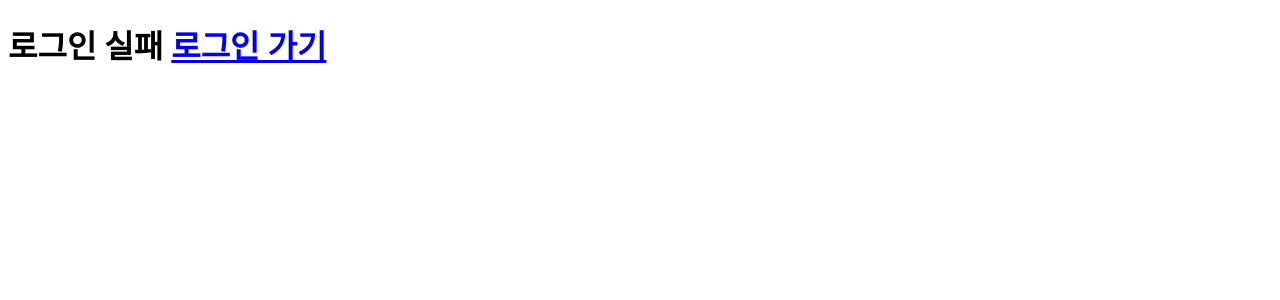
Repository: 6dreamhigh/jsp
Page: http://localhost/JSPBook/ch05/fail.jsp
These files come from the project's save history. The page is drawn as it stood at one moment and after the next save; the edit follows.
The browser window is 1280 px wide. The pictures show the whole page.
The page is served by Tomcat 9.

Above is the page before, as saved 2024-08-13 01:44:07.

After the next save:
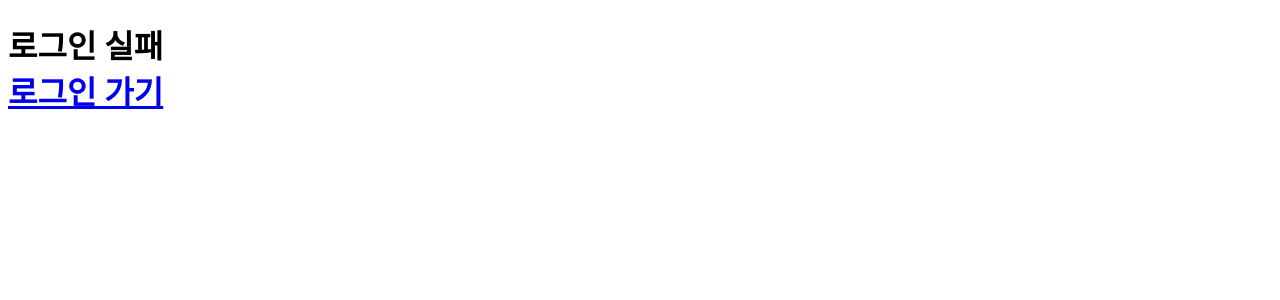
Saved 19 s later.
--- a/JSPBook/src/main/webapp/ch05/fail.jsp
+++ b/JSPBook/src/main/webapp/ch05/fail.jsp
@@ -8,7 +8,7 @@
 </head>
 <body>
 <h1>
-	로그인 실패
+	로그인 실패 <br>
 	<a href="request.jsp" >로그인 가기</a>
 </h1>
 </body>
